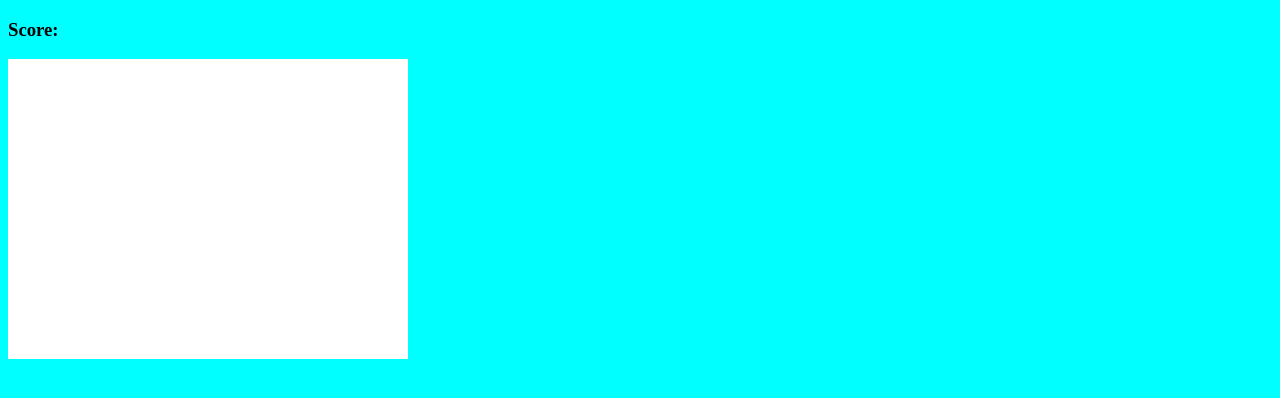
Repository: Zetzher/Memory-Game
Page: index.html
These files come from the project's save history. The page is drawn as it stood at one moment and after a run of saves; the edit follows.
The browser window is 1280 px wide. The pictures show the whole page.

Above is the page before, as saved 2020-04-26 19:40:37.

### index.html
<!DOCTYPE html>
<html lang="en">
<head>
    <meta charset="UTF-8">
    <meta name="viewport" content="width=device-width, initial-scale=1.0">
    <title>Document</title>
    <link href="style.css" rel="stylesheet" type="text/css">
    <script src="./app.js"></script>
</head>
<body>


<h3>Score: <span id="result"> </span></h3>
<div class="grid">
</div>

</body>
</html>

### style.css
.grid {
    display: flex;
    flex-wrap: wrap;
    height: 300px;
    width: 400px;
}


body {
    background-color: cyan
}

### app.js
document.addEventListener('DOMContentLoaded', () => {

    //card options:

    const cardArray = [{
            name: "cheeseburguer",
            img: 'images/cheeseburger.png'
        },
        {
            name: "cheeseburguer",
            img: 'images/cheeseburger.png'
        },
        {
            name: "fries",
            img: 'images/fries.png'
        },
        {
            name: "fries",
            img: 'images/fries.png'
        },
        {
            name: "hotdog",
            img: 'images/hotdog.png'
        },
        {
            name: "hotdog",
            img: 'images/hotdog.png'
        },
        {
            name: "ice-cream",
            img: 'images/ice-cream.png'
        },
        {
            name: "ice-cream",
            img: 'images/ice-cream.png'
        },
        {
            name: "milkshake",
            img: 'images/milkshake.png'
        },
        {
            name: "milkshake",
            img: 'images/milkshake.png'
        },
        {
            name: "pizza",
            img: 'images/pizza.png'
        },
        {
            name: "pizza",
            img: 'images/pizza.png'
        },
    ]

    cardArray.sort(() => 0.5 - Math.random())

    const grid = document.querySelector('.grid');
    const resultDisplay = document.querySelector('#result')
    let cardsChosen = [];
    let cardsChosenId = [];
    let cardsWon = [];

    function createBoard() {
        for (let i = 0; i < cardArray.length; i++) {
            var card = document.createElement('img')
            card.setAttribute('src', 'images/white.png')
            card.setAttribute('data-id', i)
            card.addEventListener('click', flipcard)
            grid.appendChild(card)
        }
    }




    function checkForMatch() {
        var cards = document.querySelectorAll('img')
        const optionOneId = cardsChosenId[0]
        const optionTwoId = cardsChosenId[1]
        if (cardsChosen[0] === cardsChosen[1]) {
            alert('You found a match')
            cards[optionOneId].setAttribute('src', 'images/white.png')
            cards[optionTwoId].setAttribute('src', 'images/white.png')
            cardsWon.push(cardsChosen)
        } else {
            cards[optionOneId].setAttribute('src', 'images/white.png')
            cards[optionTwoId].setAttribute('src', 'images/white.png')
            alert('Sorry, try again')
        }
        cardsChosen = []
        cardsChosenId = []
        resultDisplay.textContent = cardsWon.length
        if (cardsWon.length === cardArray.length/2) {
            resultDisplay.textContent = 'Congratulations! You found them all!'
        }
    }

    function flipcard() {
        var cardId = this.getAttribute('data-id')
        cardsChosen.push(cardArray[cardId].name)
        cardsChosenId.push(cardId)
        this.setAttribute('src', cardArray[cardId].img)
        if (cardsChosen.length === 2) {
            setTimeout(checkForMatch, 500)
        }
    }

    //check for matches

    createBoard()


})

After the next 2 saves:
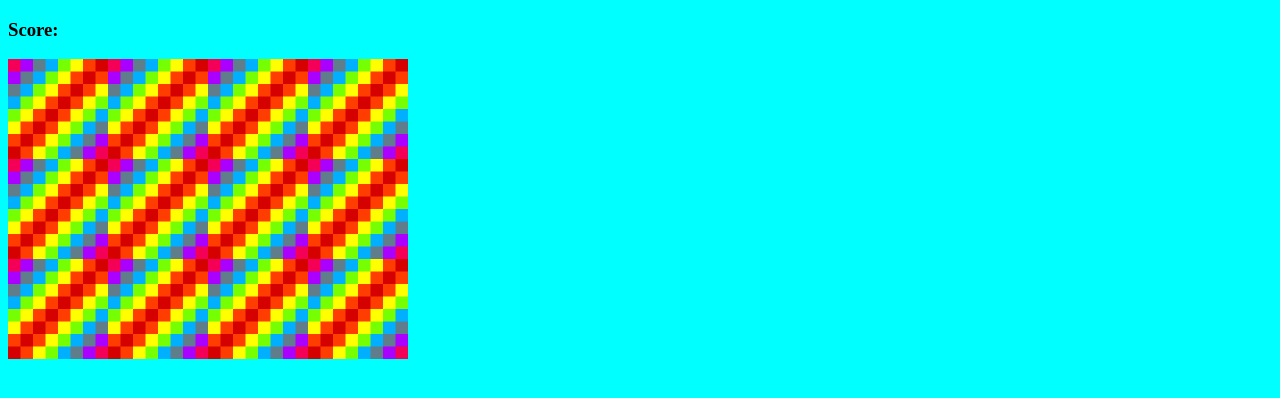
The 2 saves are shown as one change because they came seconds apart.
The last was saved 21 s later.
--- a/app.js
+++ b/app.js
@@ -60,47 +60,51 @@ document.addEventListener('DOMContentLoaded', () => {
     let cardsChosenId = [];
     let cardsWon = [];
 
+    //create your board
     function createBoard() {
         for (let i = 0; i < cardArray.length; i++) {
-            var card = document.createElement('img')
-            card.setAttribute('src', 'images/white.png')
+            let card = document.createElement('img')
+            card.setAttribute('src', './images/blank.png')
             card.setAttribute('data-id', i)
-            card.addEventListener('click', flipcard)
+            card.addEventListener('click', flipCard)
             grid.appendChild(card)
         }
     }
 
 
 
-
+    //check for matches
     function checkForMatch() {
-        var cards = document.querySelectorAll('img')
-        const optionOneId = cardsChosenId[0]
-        const optionTwoId = cardsChosenId[1]
+        let cards = document.querySelectorAll('img');
+        const optionOneId = cardsChosenId[0];
+        const optionTwoId = cardsChosenId[1];
         if (cardsChosen[0] === cardsChosen[1]) {
             alert('You found a match')
-            cards[optionOneId].setAttribute('src', 'images/white.png')
-            cards[optionTwoId].setAttribute('src', 'images/white.png')
+            cards[optionOneId].setAttribute('src', 'images/white.png');
+            cards[optionTwoId].setAttribute('src', 'images/white.png');
             cardsWon.push(cardsChosen)
         } else {
-            cards[optionOneId].setAttribute('src', 'images/white.png')
-            cards[optionTwoId].setAttribute('src', 'images/white.png')
+            cards[optionOneId].setAttribute('src', 'images/blank.png');
+            cards[optionOneId].setAttribute('src', 'images/blank.png');
             alert('Sorry, try again')
         }
         cardsChosen = []
-        cardsChosenId = []
+        cardsChosen = []
         resultDisplay.textContent = cardsWon.length
-        if (cardsWon.length === cardArray.length/2) {
+        if (cardsWon.length === cardArray.length / 2) {
             resultDisplay.textContent = 'Congratulations! You found them all!'
         }
     }
 
-    function flipcard() {
-        var cardId = this.getAttribute('data-id')
-        cardsChosen.push(cardArray[cardId].name)
+
+
+    //flip your card
+    function flipCard() {
+        let cardId = this.getAttribute('data-id');
+        cardsChosen.push(cardArray[cardId].name);
         cardsChosenId.push(cardId)
         this.setAttribute('src', cardArray[cardId].img)
-        if (cardsChosen.length === 2) {
+        if (cardsChosen - length === 2) {
             setTimeout(checkForMatch, 500)
         }
     }
